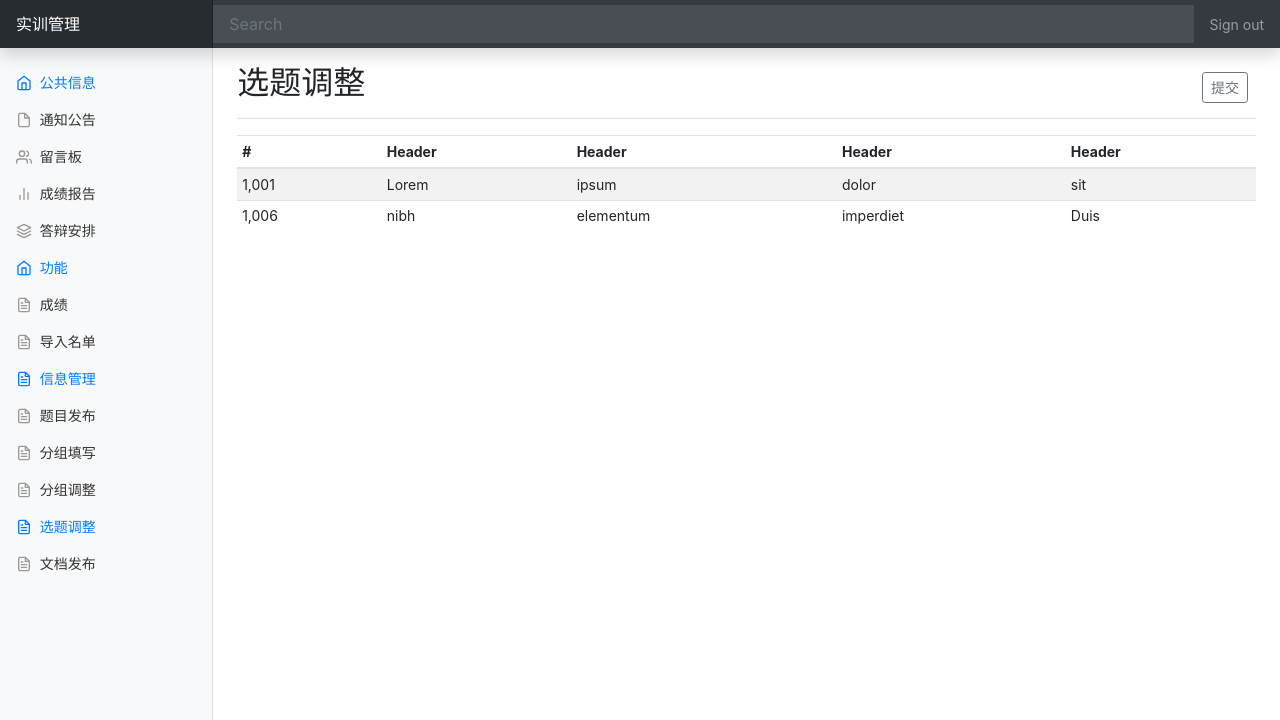
Repository: Kong-T/Practical-training
Page: Administrator/html/Ad_teacher_info.html
These files come from the project's save history. The page is drawn as it stood at one moment and after the next save; the edit follows.
The browser window is 1280 px wide. The pictures show the whole page.
The page's requests for data from a server got no answer. Some web libraries are served in a nearby version.

Above is the page before, as saved 2020-12-14 16:10:06.
Console error: TypeError: Cannot read properties of null (reading 'length')

### Administrator/html/Ad_teacher_info.html
<!doctype html>
<html lang="en">

<head>
  <meta charset="utf-8">
  <meta name="viewport" content="width=device-width, initial-scale=1, shrink-to-fit=no">
  <meta name="description" content="">
  <meta name="author" content="Mark Otto, Jacob Thornton, and Bootstrap contributors">
  <meta name="generator" content="Jekyll v4.0.1">
  <title> Ad_信息管理</title>

  <link rel="canonical" href="https://getbootstrap.com/docs/4.5/examples/dashboard/">

  <!-- Bootstrap core CSS -->
  <link href="../../assets4.5/dist/css/bootstrap.css" rel="stylesheet">

  <style>
    .bd-placeholder-img {
      font-size: 1.125rem;
      text-anchor: middle;
      -webkit-user-select: none;
      -moz-user-select: none;
      -ms-user-select: none;
      user-select: none;
    }

    @media (min-width: 768px) {
      .bd-placeholder-img-lg {
        font-size: 3.5rem;
      }
    }
  </style>

  <!-- Custom styles for this template -->
  <link href="../css/dashboard.css" rel="stylesheet">
</head>

<body>
  <nav class="navbar navbar-dark sticky-top bg-dark flex-md-nowrap p-0 shadow">
    <a class="navbar-brand col-md-3 col-lg-2 mr-0 px-3" href="#">实训管理</a>
    <button class="navbar-toggler position-absolute d-md-none collapsed" type="button" data-toggle="collapse"
      data-target="#sidebarMenu" aria-controls="sidebarMenu" aria-expanded="false" aria-label="Toggle navigation">
      <span class="navbar-toggler-icon"></span>
    </button>
    <input class="form-control form-control-dark w-100" type="text" placeholder="Search" aria-label="Search">
    <ul class="navbar-nav px-3">
      <li class="nav-item text-nowrap">
        <a class="nav-link" href="#">Sign out</a>
      </li>
    </ul>
  </nav>


  <div class="container-fluid">
    <div class="row">
      <nav id="sidebarMenu" class="col-md-3 col-lg-2 d-md-block bg-light sidebar collapse">
        <div class="sidebar-sticky pt-3">
          <ul class="nav flex-column">
            <li class="nav-item">
              <a class="nav-link active" href="#">
                <span data-feather="home"></span>
                公共信息 <span class="sr-only">(current)</span>
              </a>
            </li>
            <li class="nav-item">
              <a class="nav-link" href="#">
                <span data-feather="file"></span>
                通知公告
              </a>
            </li>

            <li class="nav-item">
              <a class="nav-link" href="#">
                <span data-feather="users"></span>
                留言板
              </a>
            </li>
            <li class="nav-item">
              <a class="nav-link" href="#">
                <span data-feather="bar-chart-2"></span>
                成绩报告
              </a>
            </li>
            <li class="nav-item">
              <a class="nav-link" href="#">
                <span data-feather="layers"></span>
                答辩安排
              </a>
            </li>
          </ul>

          <a class="nav-link active" href="#">
            <span data-feather="home"></span>
            功能 <span class="sr-only">(current)</span>
          </a>
          <!-- <h6 class="sidebar-heading d-flex justify-content-between align-items-center px-3 mt-4 mb-1 text-muted">
          <span>功能</span> -->
          <!-- <a class="d-flex align-items-center text-muted" href="#" aria-label="Add a new report">
            <span data-feather="plus-circle"></span>
          </a> -->
          </h6>
          <ul class="nav flex-column mb-2">
            <li class="nav-item">
              <a class="nav-link" href="#">
                <span data-feather="file-text"></span>
                成绩
              </a>
            </li>
            <li class="nav-item">
              <a class="nav-link" href="#">
                <span data-feather="file-text"></span>
                导入名单
              </a>
            </li>
            <li class="nav-item">
              <a class="nav-link active" href="#">
                <span data-feather="file-text"></span>
                信息管理
              </a>
            </li>
            <li class="nav-item">
              <a class="nav-link" href="#">
                <span data-feather="file-text"></span>
                题目发布
              </a>
            </li>
            <li class="nav-item">
              <a class="nav-link" href="#">
                <span data-feather="file-text"></span>
                分组填写
              </a>
            </li>
            <li class="nav-item">
              <a class="nav-link" href="#">
                <span data-feather="file-text"></span>
                分组调整
              </a>
            </li>
            <li class="nav-item">
              <a class="nav-link active" href="#">
                <span data-feather="file-text"></span>
                选题调整
              </a>
            </li>
            <li class="nav-item">
              <a class="nav-link" href="#">
                <span data-feather="file-text"></span>
                文档发布
              </a>
            </li>
          </ul>
        </div>
      </nav>

      <main role="main" class="col-md-9 ml-sm-auto col-lg-10 px-md-4">
 <div class="d-flex justify-content-between flex-wrap flex-md-nowrap align-items-center pt-3 pb-2 mb-3 border-bottom">
        <h1 class="h2">选题调整</h1>
        <div class="btn-toolbar mb-2 mb-md-0">
          <div class="btn-group mr-2">
            <button type="bustton" class="btn btn-sm btn-outline-secondary">提交</button>
            <!-- <button type="button" class="btn btn-sm btn-outline-secondary">Export</button> -->
          </div>
          <!-- <button type="button" class="btn btn-sm btn-outline-secondary dropdown-toggle">
            <span data-feather="calendar"></span>
            This week
          </button> -->
        </div>
      </div>

        <div class="table-responsive">
          <table class="table table-striped table-sm" id="tbody1">
            <thead>
              <tr>
                <th>#</th>
                <th>Header</th>
                <th>Header</th>
                <th>Header</th>
                <th>Header</th>
              </tr>
            </thead>
            <tbody>
              <tr>
                <td>1,001</td>
                <td>Lorem</td>
                <td>ipsum</td>
                <td>dolor</td>
                <td>sit</td>
              </tr>
              <tr>
                <td>1,006</td>
                <td>nibh</td>
                <td>elementum</td>
                <td>imperdiet</td>
                <td>Duis</td>
              </tr>


            </tbody>
          </table>
        </div>
      </main>
    </div>
  </div>
  <script src="https://cdn.bootcdn.net/ajax/libs/jquery/3.5.1/jquery.js"></script>
  <script src="https://code.jquery.com/jquery-3.5.1.slim.min.js"
    integrity="sha384-DfXdz2htPH0lsSSs5nCTpuj/zy4C+OGpamoFVy38MVBnE+IbbVYUew+OrCXaRkfj"
    crossorigin="anonymous"></script>
  <script>window.jQuery || document.write('<script src="../../assets4.5/js/vendor/jquery.slim.min.js"><\/script>')</script>
  <script src="../../assets4.5/dist/js/bootstrap.bundle.js"></script>
  <script src="https://cdnjs.cloudflare.com/ajax/libs/feather-icons/4.9.0/feather.min.js"></script>
  <script src="https://cdnjs.cloudflare.com/ajax/libs/Chart.js/2.7.3/Chart.min.js"></script>

  <script src="../js/dashboard.js"></script>

  <script type="text/javascript">
    var jq = jQuery.noConflict();

    window.onload = function () {
      // 请求后端数据
      $.ajax({
        url: "http://localhost:8080/Ad_topic",
        type: "post",
        data: name,
        success: function (data) {
          showData(data);//我们仅做数据展示
        },
        error: function (msg) {
          alert("ajax连接异常：" + msg);
          console.log("error");
        }
      })

      // 展示数据
      function showData(data) {
        var str = "<thead ><tr><th>编号</th><th>题目名称</th><th>选题简介</th><th>提交者</th><th>是否审核通过</th></tr></thead>";//定义用于拼接的字符串
        // console.log(data);
        window.length = data.Topic_title.length
        for (var i = 0; i < data.Topic_title.length; i++) {

          console.log(data.Topic_title);

          j = i * 1 + 1;
          var Topic_titleID = " Topic_title" + i;
          var Topic_detailsID = "Topic_details" + i;
          var TutorID = "Tutor" + i;
          var denyID = "deny" + i;
          var yesID = "yes" + i;
          str += "<tr><td>" + j + "</td><td id=\"" + Topic_titleID + "\">" + data.Topic_title[i] + "</td><td id=\"" + Topic_detailsID + "\">" + data.Topic_details[i] + "</td><td id=\"" + TutorID + "\">" + data.Tutor[i] + "</td><td><input type=\"checkbox\" id = \""+ yesID +"\">是<input type =\"checkbox\" name=\"deny\" id=\"" + denyID + "\"onclick = \"delete_topic()\"" + "\"style = \"margin-left: 10px;\">否</td></tr>"
          console.log(str);

        }
        $("#tbody1").html(str);
      }


      var Topic_title = new Array();//声明一个放title的数组
      var btns = document.getElementsByTagName("button");//获取所有btn对象

      //管理员操作
      //设置不能同时选择是和否
      $(function () {
        $('table').on('click', 'input', function () {
          // console.log($('this').html);
          console.log("ta")
          var now = this;
          $('input').each(function (i, e) {
            if (now !== e) {
              $(e).attr('checked', false);
              // console.log(this)
            }
          })
        });
      })
    }

  </script>

  <script>

    $(function () {
      $(document).click(function (e) {
        re = e.target.id;
        console.log("函数内" + re);
        delete_topic(re)
      });
    })

    function delete_topic(e) {
      console.log("获取当前id" + re);
      var temp = re.substring(re.length - 1, re.length);//编号
      var retemp = re.substring(0, re.length-1);//结果
      var titleID = " Topic_title" + temp
      var titleValue = document.getElementById(titleID).innerText //获取topic_title单元格的值

      console.log(temp,retemp,titleID,titleValue)
       // 第三种数组的定义
      //  0:待审核 1：通过 -1：不通过
     var topic={
          "topicname":new Array(5),
          "result":new Array(5)
        };
       console.log(window.length);
        // 必须按顺序填写
      // for (var i = 0; i < window.length; i++) {
        // if(temp ==i){
          // 第三种
          topic.topicname[temp]=titleValue;
          topic.result[temp]=retemp;
          console.log(temp,topic.topicname[temp],topic.result[temp])
        // }
      // }
      console.log(topic)
    }

    //向后台传输title
    function submit() {
      $.ajax({
        type: "POST",
        url: "http://localhost:8080/Ad_topic_1",
        data: JSON.stringify(titleValue), //将JSON对象转为字符串
        dataType: "JSON",
        contentType: "application/json",
        async: 'true',
        beforeSend: function (XMLHttpRequest, settings) {
          //ShowLoading();
          // console.log($.ajax.data);
        },
        success: function () {
          alert("success");
        },
        error: function () {
          //请求出错处理
          console.log("error");
        },
      })
    }
  </script>

</body>

</html>

### Administrator/css/dashboard.css
body {
  font-size: .875rem;
}

.feather {
  width: 16px;
  height: 16px;
  vertical-align: text-bottom;
}

/*
 * Sidebar
 */

.sidebar {
  position: fixed;
  top: 0;
  bottom: 0;
  left: 0;
  z-index: 100; /* Behind the navbar */
  padding: 48px 0 0; /* Height of navbar */
  box-shadow: inset -1px 0 0 rgba(0, 0, 0, .1);
}

@media (max-width: 767.98px) {
  .sidebar {
    top: 5rem;
  }
}

.sidebar-sticky {
  position: relative;
  top: 0;
  height: calc(100vh - 48px);
  padding-top: .5rem;
  overflow-x: hidden;
  overflow-y: auto; /* Scrollable contents if viewport is shorter than content. */
}

@supports ((position: -webkit-sticky) or (position: sticky)) {
  .sidebar-sticky {
    position: -webkit-sticky;
    position: sticky;
  }
}

.sidebar .nav-link {
  font-weight: 500;
  color: #333;
}

.sidebar .nav-link .feather {
  margin-right: 4px;
  color: #999;
}

.sidebar .nav-link.active {
  color: #007bff;
}

.sidebar .nav-link:hover .feather,
.sidebar .nav-link.active .feather {
  color: inherit;
}

.sidebar-heading {
  font-size: .75rem;
  text-transform: uppercase;
}

/*
 * Navbar
 */

.navbar-brand {
  padding-top: .75rem;
  padding-bottom: .75rem;
  font-size: 1rem;
  background-color: rgba(0, 0, 0, .25);
  box-shadow: inset -1px 0 0 rgba(0, 0, 0, .25);
}

.navbar .navbar-toggler {
  top: .25rem;
  right: 1rem;
}

.navbar .form-control {
  padding: .75rem 1rem;
  border-width: 0;
  border-radius: 0;
}

.form-control-dark {
  color: #fff;
  background-color: rgba(255, 255, 255, .1);
  border-color: rgba(255, 255, 255, .1);
}

.form-control-dark:focus {
  border-color: transparent;
  box-shadow: 0 0 0 3px rgba(255, 255, 255, .25);
}

### Administrator/js/dashboard.js
/* globals Chart:false, feather:false */

(function () {
  'use strict'

  feather.replace()

  // Graphs
  var ctx = document.getElementById('myChart')
  // eslint-disable-next-line no-unused-vars
  var myChart = new Chart(ctx, {
    type: 'line',
    data: {
      labels: [
        'Sunday',
        'Monday',
        'Tuesday',
        'Wednesday',
        'Thursday',
        'Friday',
        'Saturday'
      ],
      datasets: [{
        data: [
          15339,
          21345,
          18483,
          24003,
          23489,
          24092,
          12034
        ],
        lineTension: 0,
        backgroundColor: 'transparent',
        borderColor: '#007bff',
        borderWidth: 4,
        pointBackgroundColor: '#007bff'
      }]
    },
    options: {
      scales: {
        yAxes: [{
          ticks: {
            beginAtZero: false
          }
        }]
      },
      legend: {
        display: false
      }
    }
  })
}())

Loaded but not shown: assets4.5/dist/css/bootstrap.css (library); assets4.5/dist/js/bootstrap.bundle.js (library)

After the next save:
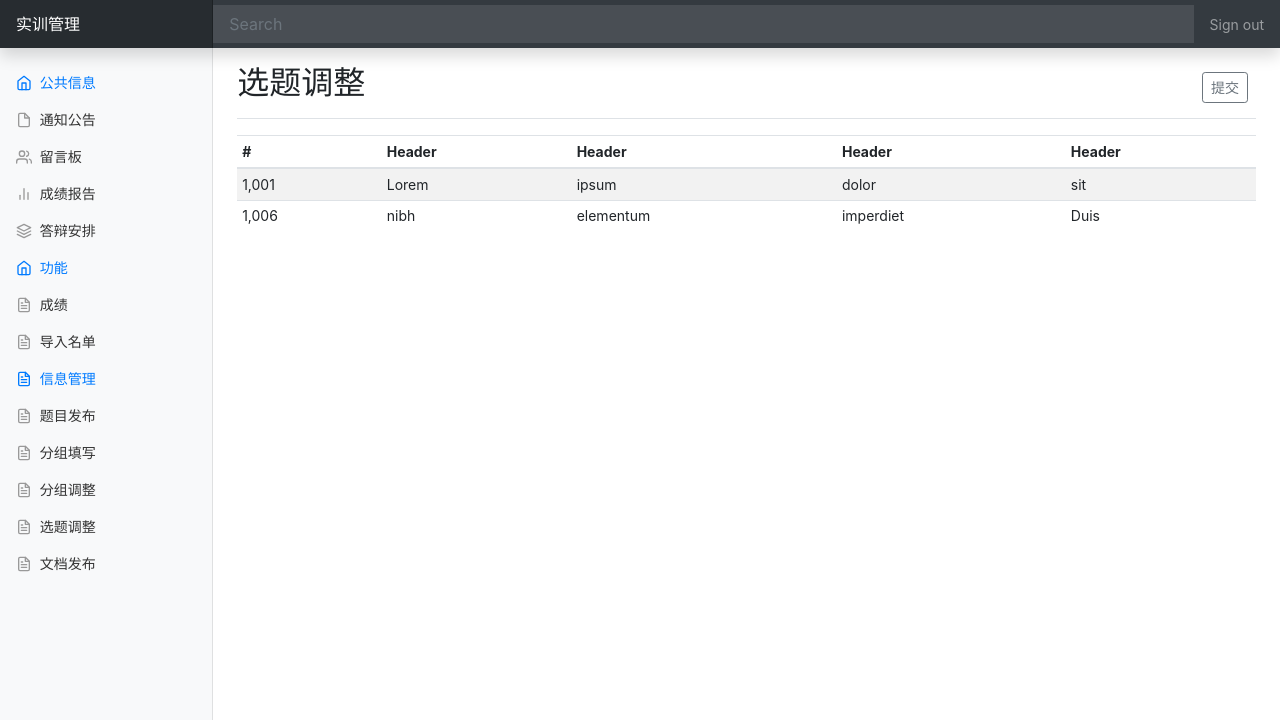
Saved 18 s later.
--- a/Administrator/html/Ad_teacher_info.html
+++ b/Administrator/html/Ad_teacher_info.html
@@ -137,7 +137,7 @@
               </a>
             </li>
             <li class="nav-item">
-              <a class="nav-link active" href="#">
+              <a class="nav-link" href="#">
                 <span data-feather="file-text"></span>
                 选题调整
               </a>
